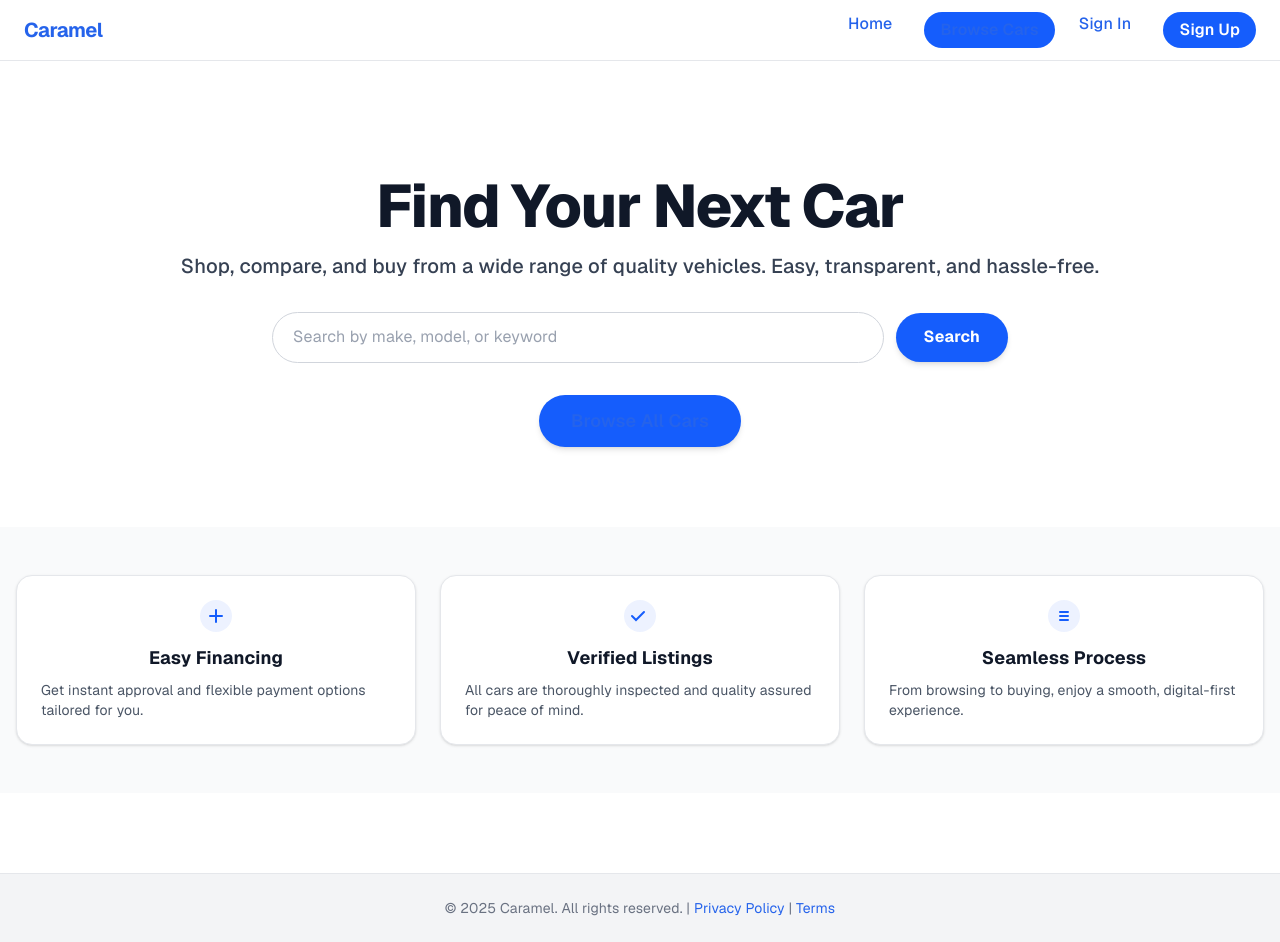
Repository: virat07/sellyourcar
Page: /
The author's editor kept a copy of each file at every save. The page is drawn from the files as they stood at one save, then again after the next save.
The browser window is 1280 px wide. The pictures show the whole page.
The project was rebuilt for these pictures with package versions that can differ from the ones it lists, and the page was loaded fresh each time. The framework's server and built-in components were replaced by stand-ins that run in the browser. Also part of the build but not shown: next.config.ts.

Above is the page before, as saved 2025-07-18 15:37:06.

### src/app/layout.tsx
import type { Metadata } from "next";
import { Geist, Geist_Mono } from "next/font/google";
import "./globals.css";
import NavBar from "../components/NavBar";

const geistSans = Geist({
  variable: "--font-geist-sans",
  subsets: ["latin"],
});

const geistMono = Geist_Mono({
  variable: "--font-geist-mono",
  subsets: ["latin"],
});

export const metadata: Metadata = {
  title: "Create Next App",
  description: "Generated by create next app",
};

export default function RootLayout({
  children,
}: Readonly<{
  children: React.ReactNode;
}>) {
  return (
    <html lang="en">
      <body
        className={`${geistSans.variable} ${geistMono.variable} antialiased text-[var(--foreground)]`}
      >
        <NavBar />
        <div className="w-full px-0 pt-24 pb-12 min-h-[80vh]">
          {children}
        </div>
        <footer className="w-full bg-gray-100 border-t border-gray-200 py-6 mt-8">
          <div className="max-w-7xl mx-auto px-4 text-center text-gray-500 text-sm">
            &copy; {new Date().getFullYear()} Caramel. All rights reserved. | <a href="#" className="text-blue-600 hover:underline">Privacy Policy</a> | <a href="#" className="text-blue-600 hover:underline">Terms</a>
          </div>
        </footer>
      </body>
    </html>
  );
}

### src/app/page.tsx
import Link from "next/link";

export default function Home() {
  return (
    <main className=" bg-white">
      <div >
        <section className="w-full text-center py-20">
          <h1 className="text-5xl sm:text-6xl font-extrabold tracking-tight mb-4 text-gray-900">
            Find Your Next Car
          </h1>
          <p className="text-lg sm:text-xl text-gray-700 font-medium mb-8">
            Shop, compare, and buy from a wide range of quality vehicles. Easy, transparent, and hassle-free.
          </p>
          {/* Search Bar (not functional) */}
          <form className="w-full flex flex-col sm:flex-row items-center gap-3 mb-8 px-4 max-w-3xl mx-auto">
            <input
              type="text"
              placeholder="Search by make, model, or keyword"
              className="flex-1 px-5 py-3 rounded-full border border-gray-300 focus:border-blue-500 focus:ring-2 focus:ring-blue-200 outline-none text-lg bg-white text-gray-900 placeholder:text-gray-400"
              aria-label="Search cars"
            />
            <button
              type="submit"
              className="px-7 py-3 bg-blue-600 text-white font-bold rounded-full shadow-md hover:bg-blue-700 transition-all text-lg"
            >
              Search
            </button>
          </form>
          <Link
            href="/cars"
            className="inline-block px-8 py-3 bg-blue-600 text-white text-lg font-semibold rounded-full shadow-md hover:bg-blue-700 transition"
          >
            Browse All Cars
          </Link>
        </section>
      </div>
      <section className="w-full bg-gray-50 py-12">
        <div className="max-w-7xl mx-auto px-4 grid grid-cols-1 sm:grid-cols-3 gap-6">
          <div className="bg-white border border-gray-200 rounded-2xl p-6 shadow-sm flex flex-col items-center">
            <svg width="32" height="32" fill="none" className="mb-3 text-blue-600"><circle cx="16" cy="16" r="16" fill="currentColor" fillOpacity="0.08"/><path d="M10 16h12M16 10v12" stroke="currentColor" strokeWidth="2" strokeLinecap="round"/></svg>
            <h3 className="font-bold text-lg mb-2 text-gray-900">Easy Financing</h3>
            <p className="text-sm text-gray-600">Get instant approval and flexible payment options tailored for you.</p>
          </div>
          <div className="bg-white border border-gray-200 rounded-2xl p-6 shadow-sm flex flex-col items-center">
            <svg width="32" height="32" fill="none" className="mb-3 text-blue-600"><circle cx="16" cy="16" r="16" fill="currentColor" fillOpacity="0.08"/><path d="M8 16l4 4 8-8" stroke="currentColor" strokeWidth="2" strokeLinecap="round"/></svg>
            <h3 className="font-bold text-lg mb-2 text-gray-900">Verified Listings</h3>
            <p className="text-sm text-gray-600">All cars are thoroughly inspected and quality assured for peace of mind.</p>
          </div>
          <div className="bg-white border border-gray-200 rounded-2xl p-6 shadow-sm flex flex-col items-center">
            <svg width="32" height="32" fill="none" className="mb-3 text-blue-600"><circle cx="16" cy="16" r="16" fill="currentColor" fillOpacity="0.08"/><path d="M12 20h8M12 16h8M12 12h8" stroke="currentColor" strokeWidth="2" strokeLinecap="round"/></svg>
            <h3 className="font-bold text-lg mb-2 text-gray-900">Seamless Process</h3>
            <p className="text-sm text-gray-600">From browsing to buying, enjoy a smooth, digital-first experience.</p>
          </div>
        </div>
      </section>
    </main>
  );
}

### src/app/globals.css
@import "tailwindcss";

:root {
  --background: #fff;
  --accent: #2563eb;
  --border: #e5e7eb;
}

body {
  background: #fff;
  color: var(--foreground);
  font-family: var(--font-geist-sans, Arial, Helvetica, sans-serif);
  font-weight: 400;
  letter-spacing: 0.01em;
  line-height: 1.6;
  margin: 0;
  padding: 0;
}

* {
  box-sizing: border-box;
}

a {
  color: var(--accent);
  text-decoration: none;
  transition: color 0.2s;
}
a:hover {
  text-decoration: underline;
  color: #1d4ed8;
}

input, button, textarea, select {
  font-family: inherit;
  font-size: 1rem;
}

### src/components/NavBar.tsx
import Link from "next/link";

export default function NavBar() {
  return (
    <nav className="w-full bg-white border-b border-[var(--border)] py-3 px-6 flex items-center justify-between fixed top-0 left-0 z-50 shadow-none">
      <div className="text-xl font-bold tracking-tight text-[var(--accent)]">
        <Link href="/">Caramel</Link>
      </div>
      <div className="flex gap-6 text-base font-medium">
        <Link href="/" className="hover:text-[var(--accent)] transition-colors">Home</Link>
        <Link
          href="/cars"
          className="ml-2 px-4 py-1.5 bg-blue-600 text-white rounded-full hover:bg-blue-700 transition-colors font-semibold"
        >
          Browse Cars
        </Link>
        <Link href="/auth/signin" className="hover:text-[var(--accent)] transition-colors">Sign In</Link>
        <Link
          href="/auth/signup"
          style={{ color: "#fff" }}
          className="ml-2 px-4 py-1.5 bg-blue-600 rounded-full hover:bg-blue-700 transition-colors font-semibold"
        >
          Sign Up
        </Link>
      </div>
    </nav>
  );
}

After the next save:
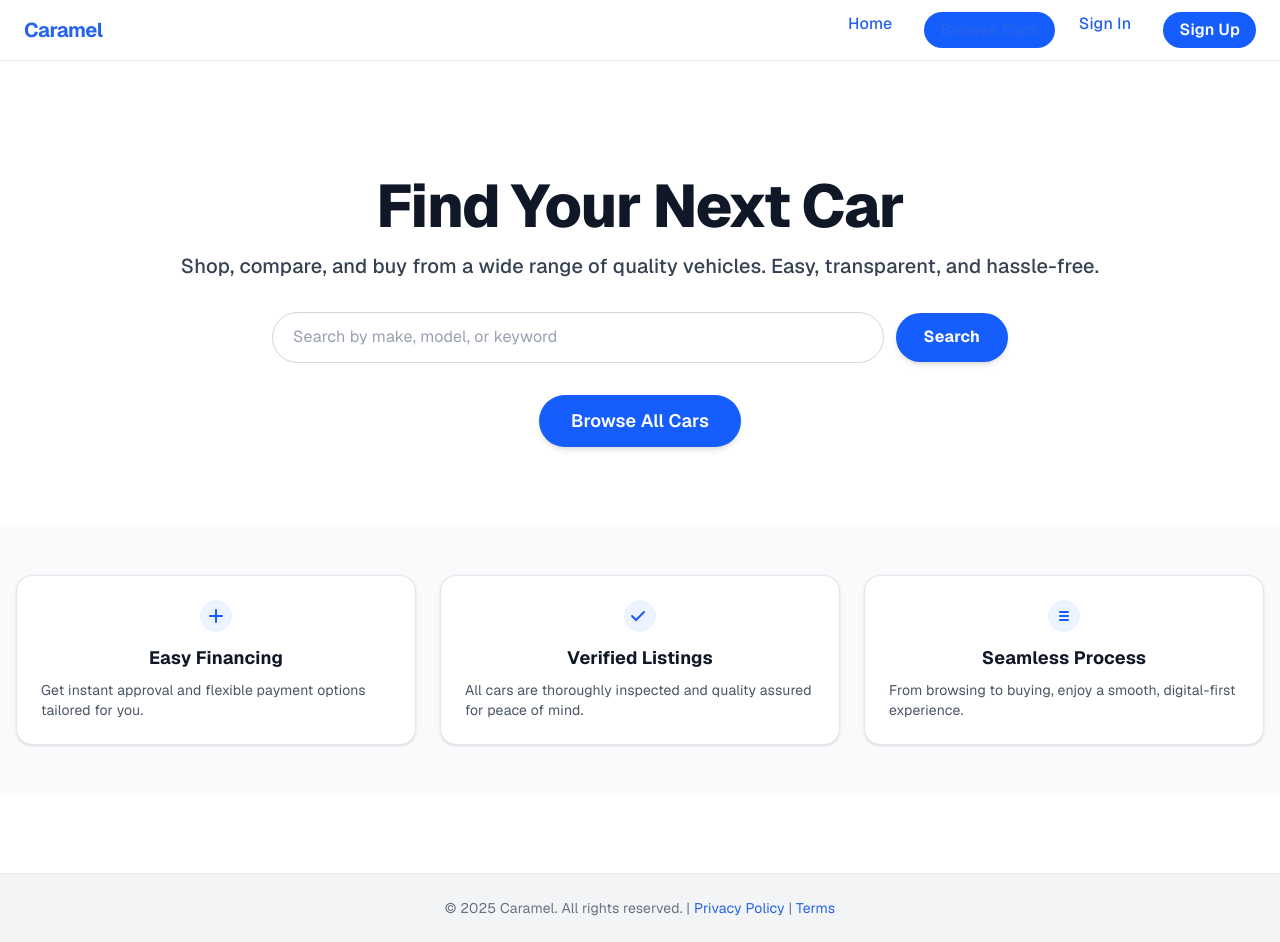
Saved 14 s later.
--- a/src/app/page.tsx
+++ b/src/app/page.tsx
@@ -28,7 +28,8 @@ export default function Home() {
           </form>
           <Link
             href="/cars"
-            className="inline-block px-8 py-3 bg-blue-600 text-white text-lg font-semibold rounded-full shadow-md hover:bg-blue-700 transition"
+            style={{ color: "#fff" }}
+            className="inline-block px-8 py-3 bg-blue-600  text-lg font-semibold rounded-full shadow-md hover:bg-blue-700 transition"
           >
             Browse All Cars
           </Link>
